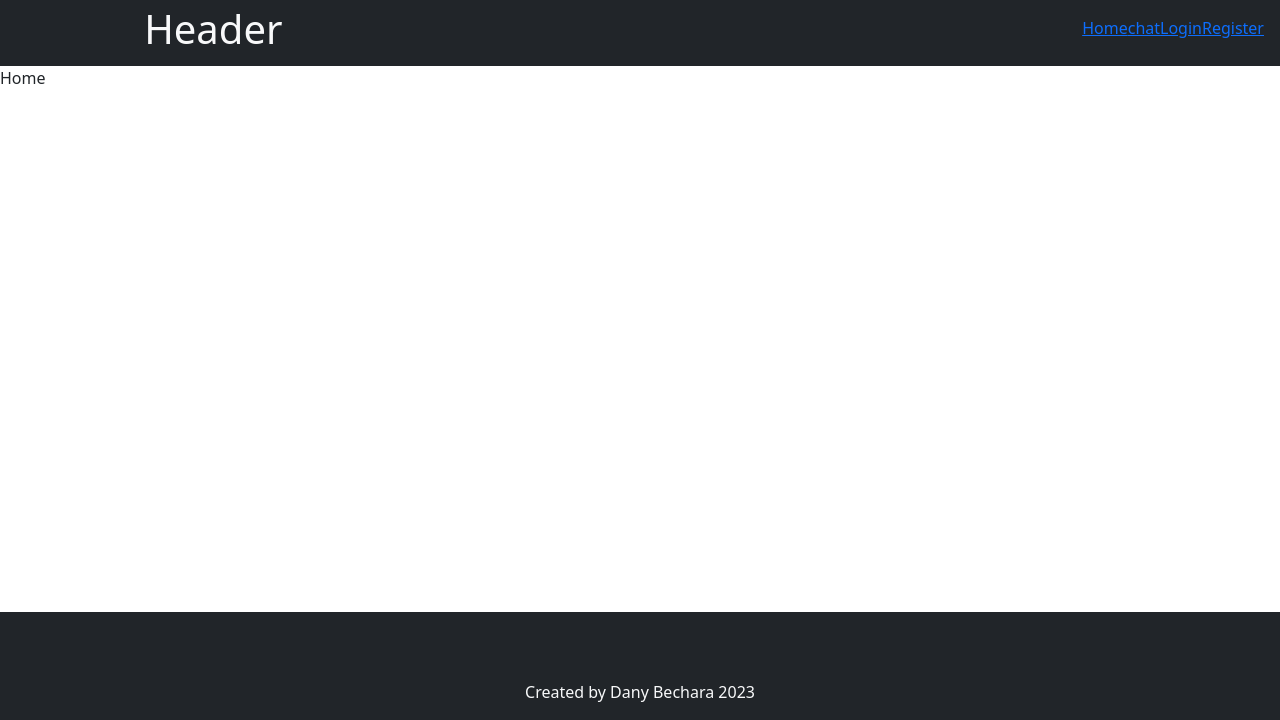
Repository: bechara611/chatv2
Page: /
These files come from the project's save history. The page is drawn as it stood at one moment and after the next save; the edit follows.
The browser window is 1280 px wide. The pictures show the whole page.
The project was rebuilt for these pictures with package versions that can differ from the ones it lists, and the page was loaded fresh each time. Also part of the build but not shown: src/auth/components/login.jsx, src/auth/components/register.jsx.

Above is the page before, as saved 2023-03-02 17:21:46.

After the next save:
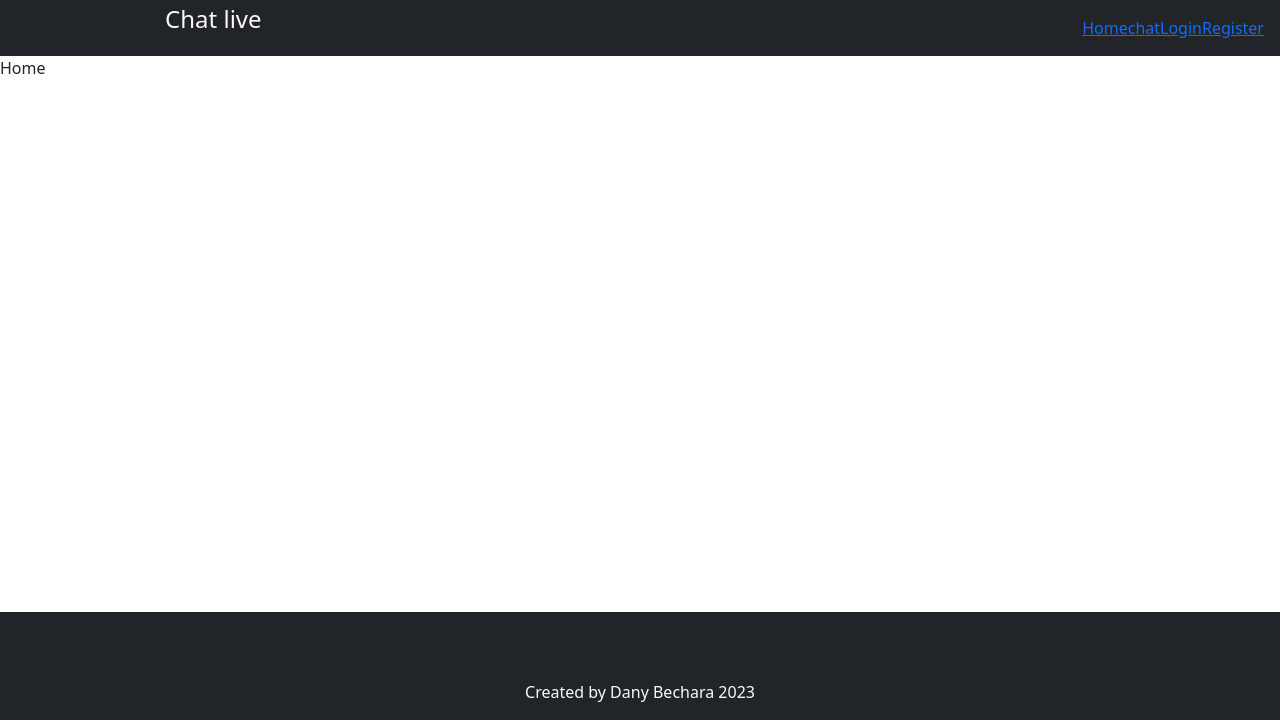
Saved 5 min 36 s later.
--- a/src/ui/components/Header.jsx
+++ b/src/ui/components/Header.jsx
@@ -7,7 +7,7 @@ export const Header = () => {
 
       <div className=" bg-dark contenedor-header col-12">
         <div className="titulo-header col-4">
-          <h1 className='text-light'>Header</h1>
+          <h4 className='text-light'>Chat live</h4>
 
         </div>
     <div className="col-8  contenedor-menu">
